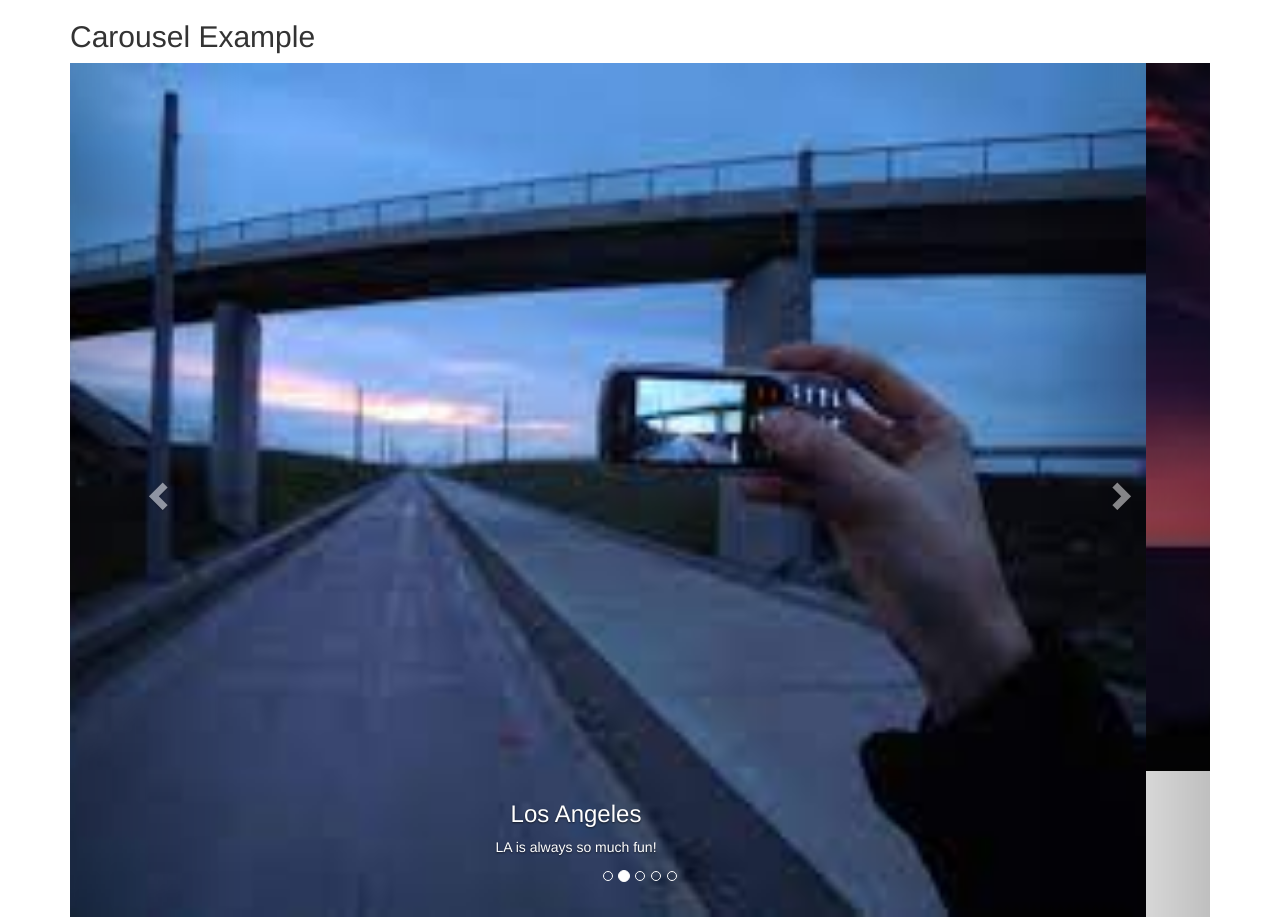
Repository: acciojob/bootstrap-carousel-vandanayadav15
Page: main.html
These files come from the project's save history. The page is drawn as it stood at one moment and after the next save; the edit follows.
The browser window is 1280 px wide. The pictures show the whole page.

Above is the page before, as saved 2022-10-28 12:52:29.

### main.html
<!DOCTYPE html>
<html lang="en">

<head>
	<title>Bootstrap Example</title>
	<meta charset="utf-8">
	<meta name="viewport" content="width=device-width, initial-scale=1">
	<link rel="stylesheet" href="https://maxcdn.bootstrapcdn.com/bootstrap/3.4.1/css/bootstrap.min.css">
	<script src="https://ajax.googleapis.com/ajax/libs/jquery/3.6.0/jquery.min.js"></script>
	<script src="https://maxcdn.bootstrapcdn.com/bootstrap/3.4.1/js/bootstrap.min.js"></script>
</head>

<body>

	<div class="container">
		<h2>Carousel Example</h2>
		<div id="myCarousel" class="carousel slide" data-ride="carousel">
			<!-- Indicators -->
			<ol class="carousel-indicators">
				<li data-target="#myCarousel" data-slide-to="0" class="active"></li>
				<li data-target="#myCarousel" data-slide-to="1"></li>
				<li data-target="#myCarousel" data-slide-to="2"></li>
				<li data-target="#myCarousel" data-slide-to="3"></li>
				<li data-target="#myCarousel" data-slide-to="4"></li>

			</ol>

			<!-- Wrapper for slides -->
			<div class="carousel-inner">

				<div class="item active">
					<img src="data:[embedded picture, 7255 characters]"
						alt="Los Angeles" style="width:100%;">
					<div class="carousel-caption">
						<h3>Los Angeles</h3>
						<p>LA is always so much fun!</p>
					</div>
				</div>

				<div class="item">
					<img src="data:[embedded picture, 7351 characters]"
						alt="Chicago" style="width:100%;">
					<div class="carousel-caption">
						<h3>Chicago</h3>
						<p>Thank you, Chicago!</p>
					</div>
				</div>

				<div class="item">
					<img src="data:[embedded picture, 5963 characters]"
						alt="New York" style="width:100%;">
					<div class="carousel-caption">
						<h3>New York</h3>
						<p>We love the Big Apple!</p>
					</div>
				</div>

				<div class="item">
					<img src="data:[embedded picture, 9751 characters]"
						alt="New York" style="width:100%;">
					<div class="carousel-caption">
						<h3>New York</h3>
						<p>We love the Big Apple!</p>
					</div>
				</div>

				<div class="item">
					<img src="data:[embedded picture, 8011 characters]"
						alt="New York" style="width:100%;">
					<div class="carousel-caption">
						<h3>New York</h3>
						<p>We love the Big Apple!</p>
					</div>
				</div>
			</div>

			<!-- Left and right controls -->
			<a class="left carousel-control" href="#myCarousel" data-slide="prev">
				<span class="glyphicon glyphicon-chevron-left"></span>
				<span class="sr-only">Previous</span>
			</a>
			<a class="right carousel-control" href="#myCarousel" data-slide="next">
				<span class="glyphicon glyphicon-chevron-right"></span>
				<span class="sr-only">Next</span>
			</a>
		</div>
	</div>

</body>

</html>

After the next save:
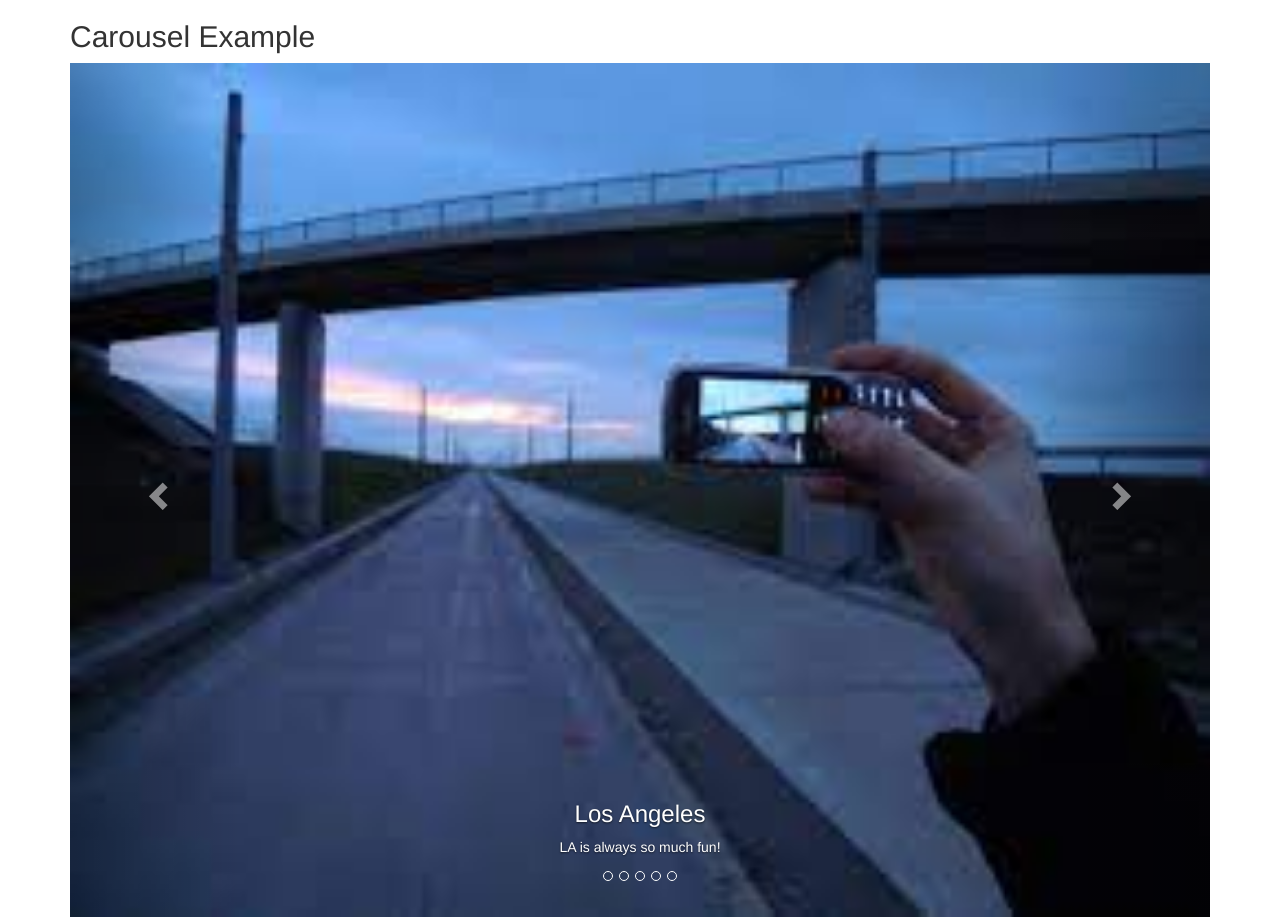
Saved 51 min 41 s later.
--- a/main.html
+++ b/main.html
@@ -28,7 +28,7 @@
 			<!-- Wrapper for slides -->
 			<div class="carousel-inner">
 
-				<div class="item active">
+				<div class="fitem active">
 					<img src="data:[embedded picture, 7255 characters]"
 						alt="Los Angeles" style="width:100%;">
 					<div class="carousel-caption">

After the 6 saves that followed:
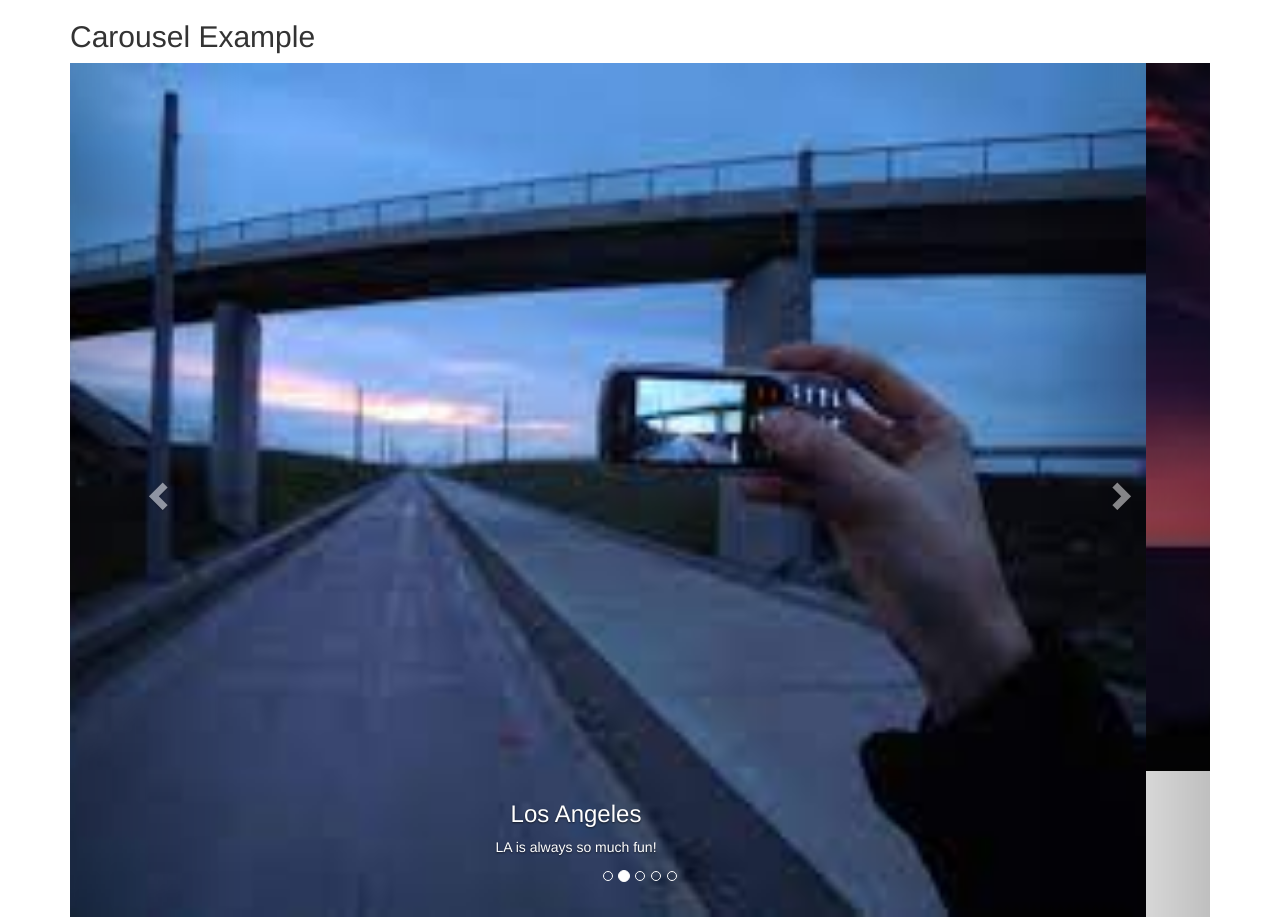
The 6 saves are shown as one change because 1 left the picture as it was and some came seconds apart.
The last was saved 17 s later.
--- a/main.html
+++ b/main.html
@@ -28,7 +28,7 @@
 			<!-- Wrapper for slides -->
 			<div class="carousel-inner">
 
-				<div class="fitem active">
+				<div class="first-slid item active">
 					<img src="data:[embedded picture, 7255 characters]"
 						alt="Los Angeles" style="width:100%;">
 					<div class="carousel-caption">
